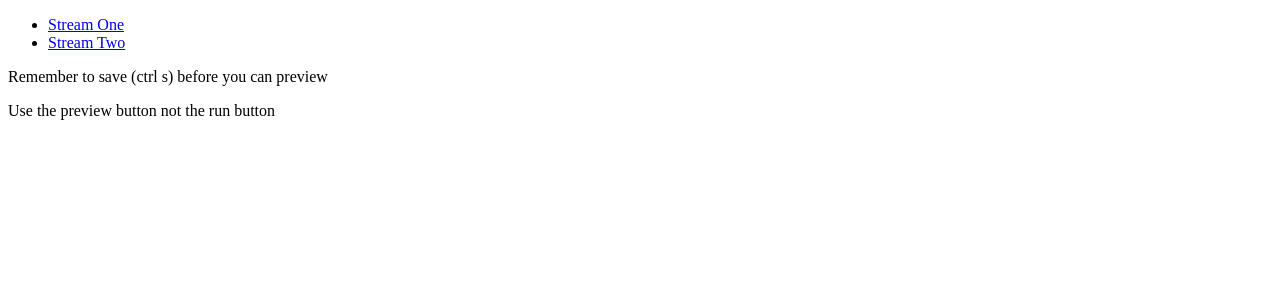
Repository: Matt-F90/my-first-website
Page: stream-one.html
The author's editor kept a record of every edit. The page is drawn from the files as they stood at one moment, then again after the next edit.
The browser window is 1280 px wide. The pictures show the whole page.

Above is the page before.

After the next edit:
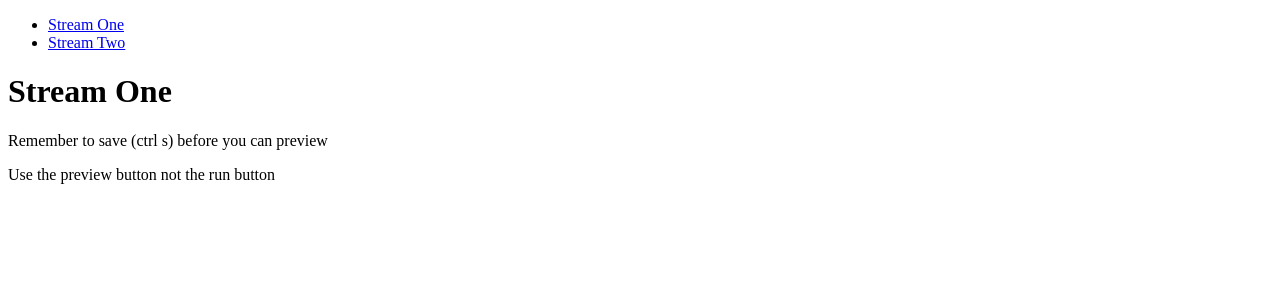
The edit:
--- a/stream-one.html
+++ b/stream-one.html
@@ -10,6 +10,7 @@
         <li><a href="stream-two.html">Stream Two</a></li>
     </ul>
 </nav>
+<h1>Stream One</h1>
 <p>Remember to save (ctrl s) before you can preview</p>
 <p>Use the preview button not the run button</p>
 </body>
